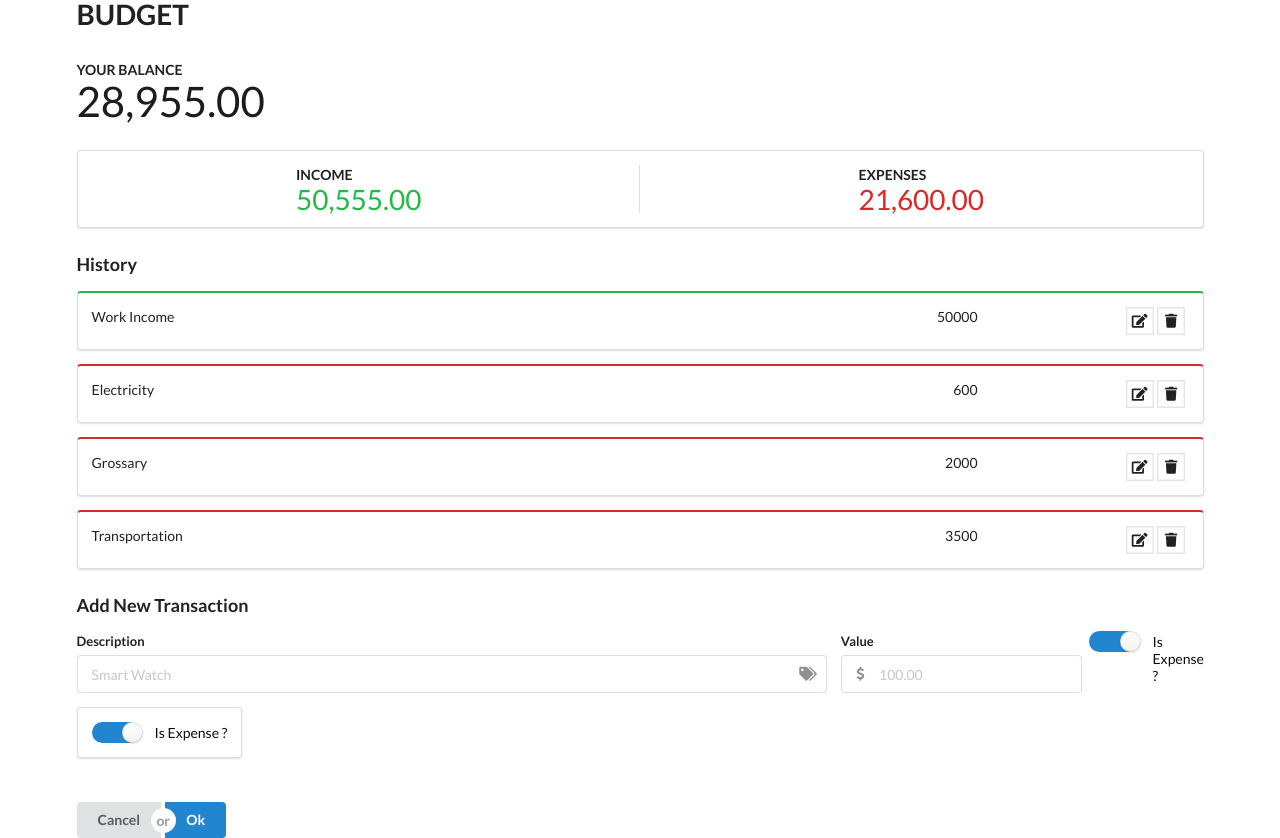
Repository: farrdy/budgets-react
Page: /
These files come from the project's save history. The page is drawn as it stood at one moment and after the next save; the edit follows.
The browser window is 1280 px wide. The pictures show the whole page.
The project was rebuilt for these pictures with package versions that can differ from the ones it lists, and the page was loaded fresh each time.

Above is the page before, as saved 2022-03-29 15:46:21.

### src/App.js
import { Container, Header } from "semantic-ui-react";
import MainHeader from "./components/MainHeader";
import NewEntryForm from "./components/NewEntryForm";
import DisplayBalance from "./components/DisplayBalance";
import DisplayBalances from "./components/DisplayBalances";
import { useEffect, useState } from "react";
import EntryLines from "./components/EntryLines";
import ModalEdit from "./components/ModalEdit";

function App() {
  const [entries, setEntries] = useState(initialEntries);
  const [Description, setDescription] = useState("");
  const [Value, setValue] = useState("");
  const [isExpense, setIsExpense] = useState(true);
  const [isOpen, setIsOpen] = useState(false);
  const [entryId, setEntryId] = useState();

  useEffect(() => {
    if (!isOpen && entryId) {
      const index = entries.findIndex((entry) => entry.id === entryId);
      const newEntries = [...entries];
      newEntries[index].Description = Description;
      newEntries[index].Value = Value;
      newEntries[index].isExpense = isExpense;
      setEntries(newEntries);
      setDescription("");
      setValue("");
      setIsExpense(true);
    }
  }, [isOpen]);

  function deleteEntry(id) {
    const result = entries.filter((entry) => entry.id !== id);
    setEntries(result);
  }

  function addEntry(Description, Value, isExpense) {
    const result = entries.concat({
      id: entries.length + 1,
      Description,
      Value,
      isExpense,
    });

    console.log(`result`, result);
    console.log(`entries`, entries);
    setEntries(result);
  }

  function editEntry(id) {
    console.log(`Edit entry with id ${id}`);
    if (id) {
      const index = entries.findIndex((entr) => entr.id === id);
      const entry = entries[index];
      setEntryId(id);
      setDescription(entry.Description);
      setValue(entry.Value);
      setIsExpense(entry.isExpense);

      setIsOpen(true);
      console.log(Description, Value);
    }
  }
  return (
    <Container>
      <MainHeader />
      <DisplayBalance
        title="Your Balance"
        Value="28,955.00"
        Color="black"
        size="small"
      />
      <DisplayBalances />
      <Header as="h3">History</Header>
      <EntryLines
        entries={entries}
        deleteEntry={deleteEntry}
        setIsOpen={setIsOpen}
        editEntry={editEntry}
      />
      <Header as="h3">Add New Transaction</Header>
      <NewEntryForm
        addEntry={addEntry}
        description={Description}
        value={Value}
        setDescription={setDescription}
        setValue={setValue}
        isExpense={isExpense}
        setIsExpense={setIsExpense}
      />
      <ModalEdit
        isOpen={isOpen}
        setIsOpen={setIsOpen}
        Description={Description}
        Value={Value}
        setDescription={Description}
        setValue={Value}
        isExpense={isExpense}
        setIsExpense={setIsExpense}
      />
    </Container>
  );
}

export default App;

var initialEntries = [
  {
    id: 1,
    Description: "Work Income",
    Value: "50000",
    isExpense: false,
  },
  {
    id: 2,
    Description: "Electricity",
    Value: "600",
    isExpense: true,
  },
  {
    id: 3,
    Description: "Grossary",
    Value: "2000",
    isExpense: true,
  },
  {
    id: 4,
    Description: "Transportation",
    Value: "3500",
    isExpense: true,
  },
];

### src/components/MainHeader.js
import React from 'react';
import { Header } from 'semantic-ui-react';

function MainHeader(props) {
    return <Header as='h1'>BUDGET</Header>
}

export default MainHeader;

### src/components/NewEntryForm.js
import React from 'react';
import { Checkbox, Form, Segment } from 'semantic-ui-react';
import ButtonSaveOrCancel from './ButtonSaveOrCancel';
import EntryForm from './EntryForm';

function NewEntryForm({addEntry,description,value,setDescription,setValue,isExpense,setIsExpense}) {

    return (

        <Form unstackable >
           <EntryForm
           description={description}
            value={value}
            setDescription={setDescription}
            setValue={setValue}
            isExpense={isExpense}
            setIsExpense={setIsExpense}
        />
            <Segment compact>
                <Checkbox
                 toggle label='Is Expense ?'
                 checked={isExpense}
                 onChange={()=>setIsExpense(oldState=>!oldState)}
                 />
            </Segment>
            <ButtonSaveOrCancel addEntry={addEntry}  Description={description} Value={value} isExpense={isExpense}/>

        </Form>

    );
}

export default NewEntryForm;

### src/components/DisplayBalance.js
import React from 'react';
import { Statistic } from 'semantic-ui-react'

function DisplayBalance({ title, Value, Color = "black", size = 'tiny' }) {
    return (
        <Statistic size={size} color={Color}>
            <Statistic.Label style={{ textAlign: 'left' }}>
                {title}
            </Statistic.Label>
            <Statistic.Value>
                {Value}
            </Statistic.Value>

        </Statistic>
    );
}

export default DisplayBalance;

### src/components/DisplayBalances.js
import React from 'react';
import { Grid, Segment } from 'semantic-ui-react';
import DisplayBalance from './DisplayBalance';

const DisplayBalances = () => {
    return (
        <Segment textAlign='center'>
        <Grid columns={2} divided>
          <Grid.Row>
            <Grid.Column>
              <DisplayBalance title="Income" Value="50,555.00" Color="green" />
            </Grid.Column>
            <Grid.Column>
              <DisplayBalance title="Expenses" Value="21,600.00" Color="red" /></Grid.Column>
          </Grid.Row>
        </Grid>
      </Segment>
    );
};

export default DisplayBalances;

### src/components/EntryLines.js
import React from "react";
import { Container } from "semantic-ui-react";
import EntryLine from "./EntryLine";

const EntryLines = ({ entries, deleteEntry, setIsOpen, editEntry }) => {
  return (
    <Container>
      {entries.map((entry) => (
        <EntryLine
          key={entry.id}
          {...entry}
          deleteEntry={deleteEntry}
          setIsOpen={setIsOpen}
          editEntry={editEntry}
        />
      ))}
    </Container>
  );
};

export default EntryLines;

### src/components/ModalEdit.js
import React from "react";
import { Button, Modal } from "semantic-ui-react";
import EntryForm from "./EntryForm";

function ModalEdit({
  isOpen,
  setIsOpen,
  editEntry,
  Description,
  Value,
  setDescription,
  setValue,
  isExpense,
  setIsExpense,
}) {
  return (
    <Modal open={isOpen}>
      <Modal.Header>Edit Entry</Modal.Header>
      <Modal.Content>
        <EntryForm
          description={Description}
          value={Value}
          setDescription={setDescription}
          setValue={setValue}
          isExpense={isExpense}
          setIsExpense={setIsExpense}
          // editEntry={editEntry}
        />
      </Modal.Content>
      <Modal.Actions>
        <Button onClick={() => setIsOpen(false)}>Close</Button>
        <Button onClick={() => setIsOpen(false)} positive>
          Ok
        </Button>
      </Modal.Actions>
    </Modal>
  );
}

export default ModalEdit;

### src/components/ButtonSaveOrCancel.js
import React from 'react';
import { Button } from 'semantic-ui-react';

function ButtonSaveOrCancel({addEntry, Description, Value, isExpense}) {
    return (
        <Button.Group style={{ marginTop: 30 }}>
            <Button>Cancel</Button>
            <Button.Or></Button.Or>
            <Button primary onClick={()=>addEntry(Description, Value, isExpense)}>Ok</Button>
        </Button.Group>
    );
}

export default ButtonSaveOrCancel;

### src/components/EntryForm.js
import React, { Fragment } from "react";
import { Checkbox, Form } from "semantic-ui-react";

export default function EntryForm({
  description,
  setDescription,
  setValue,
  isExpense,
  setIsExpense,
  value,
}) {
  return (
    <Fragment>
      <Form.Group>
        <Form.Input
          icon="tags"
          width={12}
          label="Description"
          placeholder="Smart Watch"
          value={description}
          onChange={(event) => setDescription(event.target.value)}
        />
        <Form.Input
          icon="dollar"
          width={4}
          label="Value"
          iconPosition="left"
          placeholder="100.00"
          value={value}
          onChange={(event) => setValue(event.target.value)}
        />

        <Checkbox
          toggle
          label="Is Expense ?"
          checked={isExpense}
          onChange={() => setIsExpense((oldState) => !oldState)}
        />
      </Form.Group>
    </Fragment>
  );
}

### src/components/EntryLine.js
import React, { Fragment } from 'react';
import {  Grid, Icon, Segment } from 'semantic-ui-react';


const EntryLine = ({id, Description, Value, isExpense=false, deleteEntry, setIsOpen, editEntry}) => {

    return (
      <Fragment>
      <Segment color={isExpense? 'red':'green'}>
        <Grid columns={3} textAlign='right'>
          <Grid.Row>
            <Grid.Column width={10} textAlign='left'>{Description}</Grid.Column>
            <Grid.Column width={3} textAlign='right'>{Value}</Grid.Column>
            <Grid.Column width={3}>
              <Icon name='edit' bordered  onClick={()=>editEntry(id)}/>
              <Icon name='trash' bordered onClick={()=>deleteEntry(id)} />
            </Grid.Column>
          </Grid.Row>
        </Grid>
      </Segment>

      </Fragment>

    );
};

export default EntryLine;

Loaded but not shown: public/index.html (common file); src/index.js (common file); src/index.css (common file); src/reportWebVitals.js (common file)

After the next save:
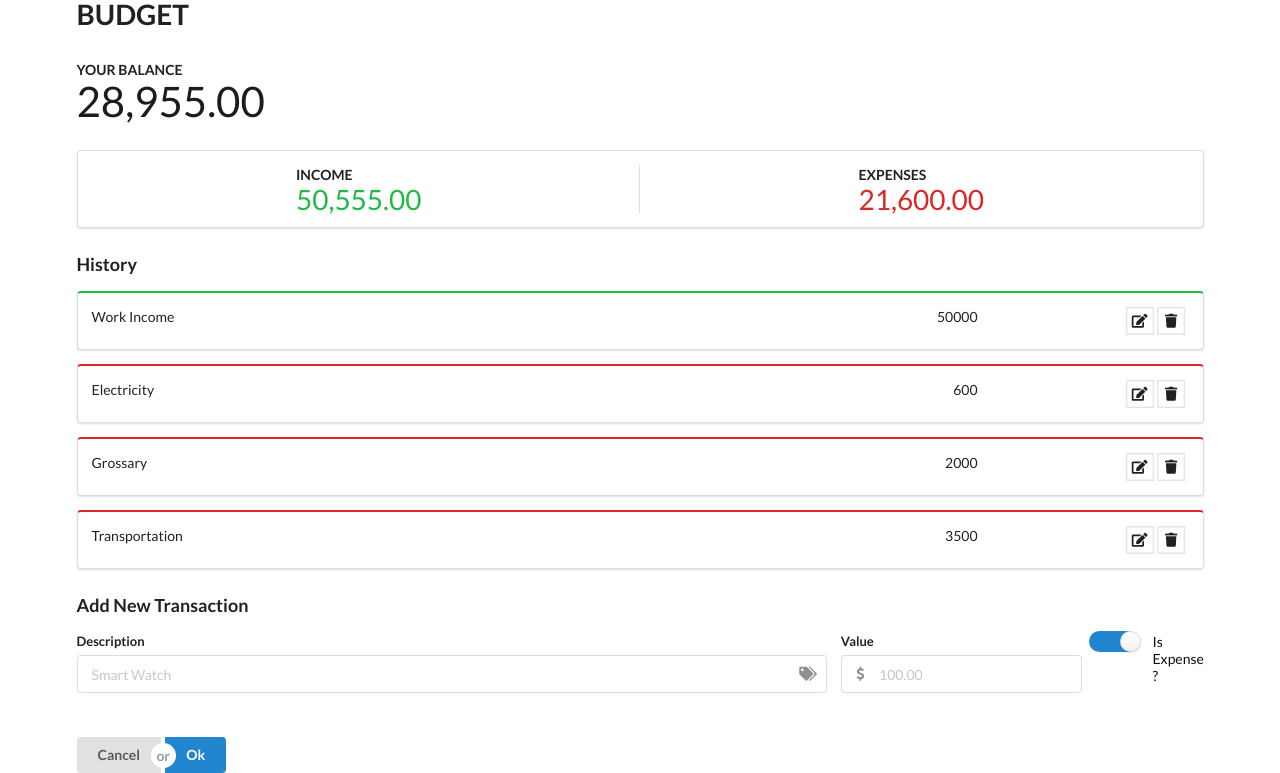
Saved 89 s later.
--- a/src/components/NewEntryForm.js
+++ b/src/components/NewEntryForm.js
@@ -1,33 +1,36 @@
-import React from 'react';
-import { Checkbox, Form, Segment } from 'semantic-ui-react';
-import ButtonSaveOrCancel from './ButtonSaveOrCancel';
-import EntryForm from './EntryForm';
+import React from "react";
+import { Checkbox, Form, Segment } from "semantic-ui-react";
+import ButtonSaveOrCancel from "./ButtonSaveOrCancel";
+import EntryForm from "./EntryForm";
 
-function NewEntryForm({addEntry,description,value,setDescription,setValue,isExpense,setIsExpense}) {
+function NewEntryForm({
+  addEntry,
+  description,
+  value,
+  setDescription,
+  setValue,
+  isExpense,
+  setIsExpense,
+}) {
+  return (
+    <Form unstackable>
+      <EntryForm
+        description={description}
+        value={value}
+        setDescription={setDescription}
+        setValue={setValue}
+        isExpense={isExpense}
+        setIsExpense={setIsExpense}
+      />
 
-    return (
-
-        <Form unstackable >
-           <EntryForm
-           description={description}
-            value={value}
-            setDescription={setDescription}
-            setValue={setValue}
-            isExpense={isExpense}
-            setIsExpense={setIsExpense}
-        />
-            <Segment compact>
-                <Checkbox
-                 toggle label='Is Expense ?'
-                 checked={isExpense}
-                 onChange={()=>setIsExpense(oldState=>!oldState)}
-                 />
-            </Segment>
-            <ButtonSaveOrCancel addEntry={addEntry}  Description={description} Value={value} isExpense={isExpense}/>
-
-        </Form>
-
-    );
+      <ButtonSaveOrCancel
+        addEntry={addEntry}
+        Description={description}
+        Value={value}
+        isExpense={isExpense}
+      />
+    </Form>
+  );
 }
 
 export default NewEntryForm;
